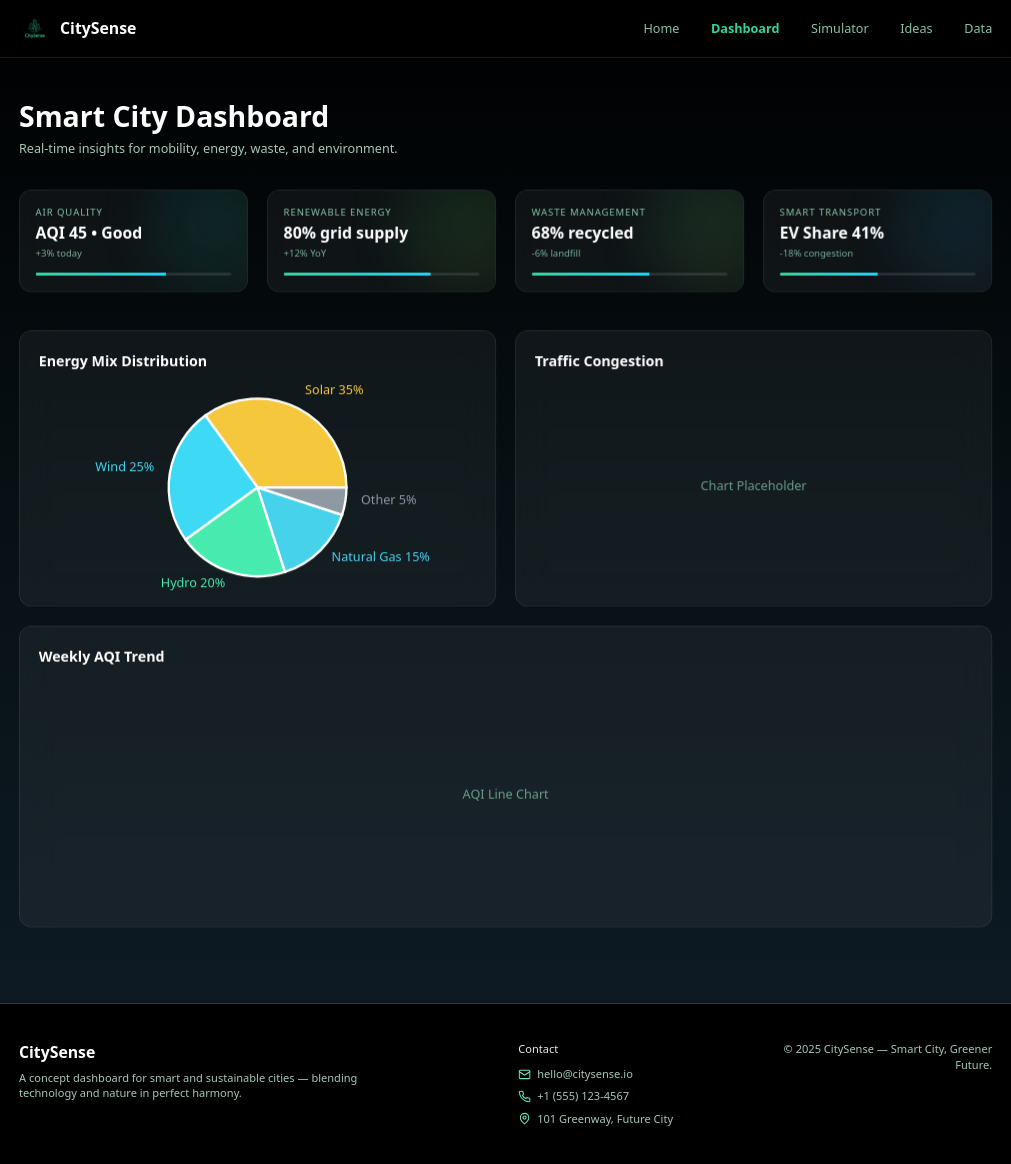
Repository: crashyet/CitySense
Page: /dashboard
These files come from the project's save history. The page is drawn as it stood at one moment and after the next save; the edit follows.
The browser window is 1280 px wide. The pictures show the whole page, at 79% of full size.
The project was rebuilt for these pictures with package versions that can differ from the ones it lists, and the page was loaded fresh each time. Also part of the build but not shown: vite.config.js, src/pages/landing/Hero.jsx, src/pages/landing/DashboardPreview.jsx, src/pages/landing/Infographic.jsx, src/pages/landing/Community.jsx, src/pages/landing/index.jsx, src/pages/Simulator/index.jsx, src/pages/Ideas/index.jsx and 1 more.

Above is the page before, as saved 2025-11-16 23:19:22.

After the next save:
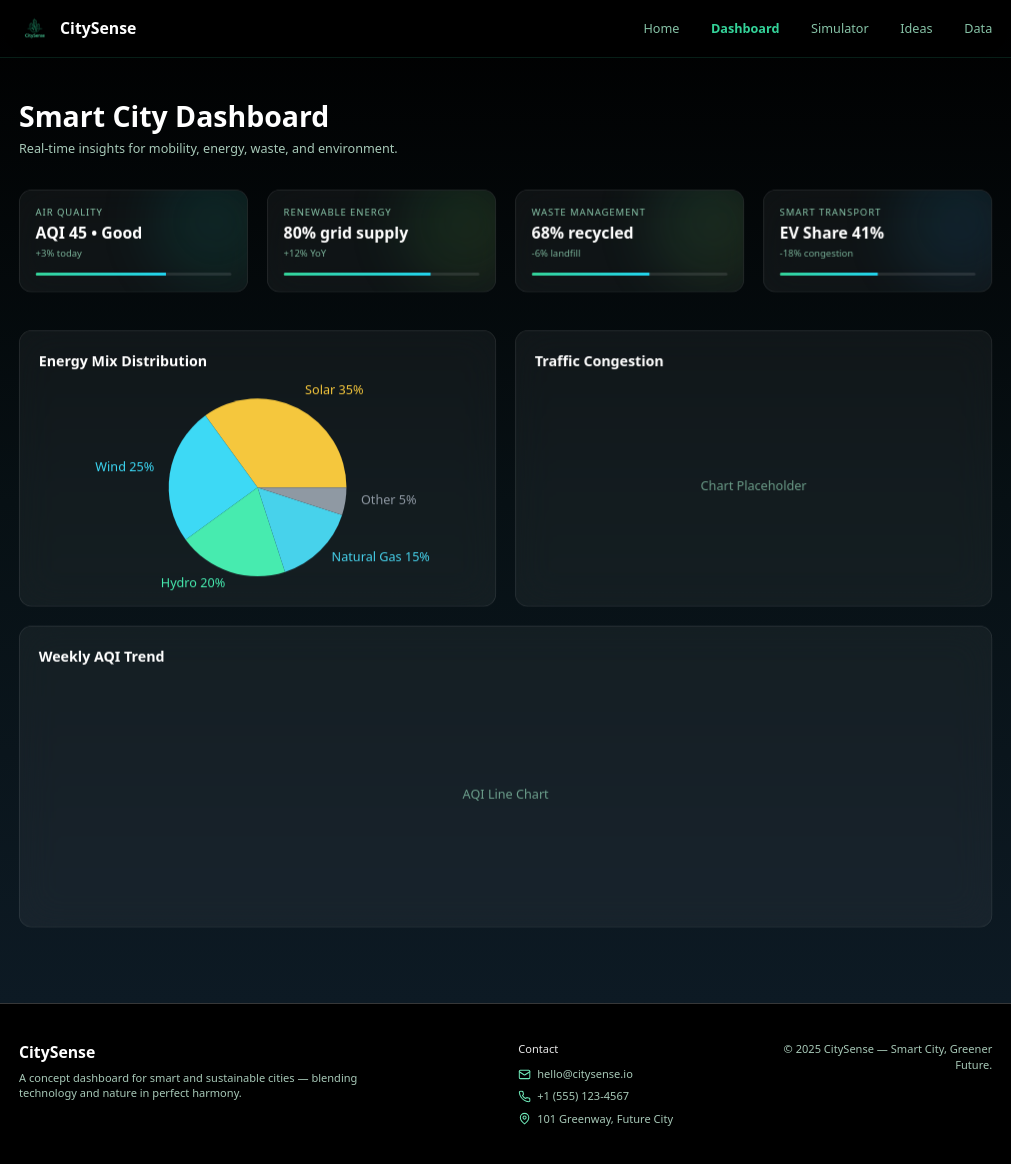
Saved 13 s later.
--- a/src/components/EnergyPieChart.jsx
+++ b/src/components/EnergyPieChart.jsx
@@ -20,7 +20,7 @@ export default function EnergyPieChart() {
             cx="50%"
             cy="50%"
             outerRadius="90%"
-            stroke="#ffff"     // darker outline → modern look
+            stroke=""     // darker outline → modern look
             strokeWidth={3}
             paddingAngle={0}     // spacing antar sektor (lebih elegan)
             label={({ name, value }) => `${name} ${value}%`}
